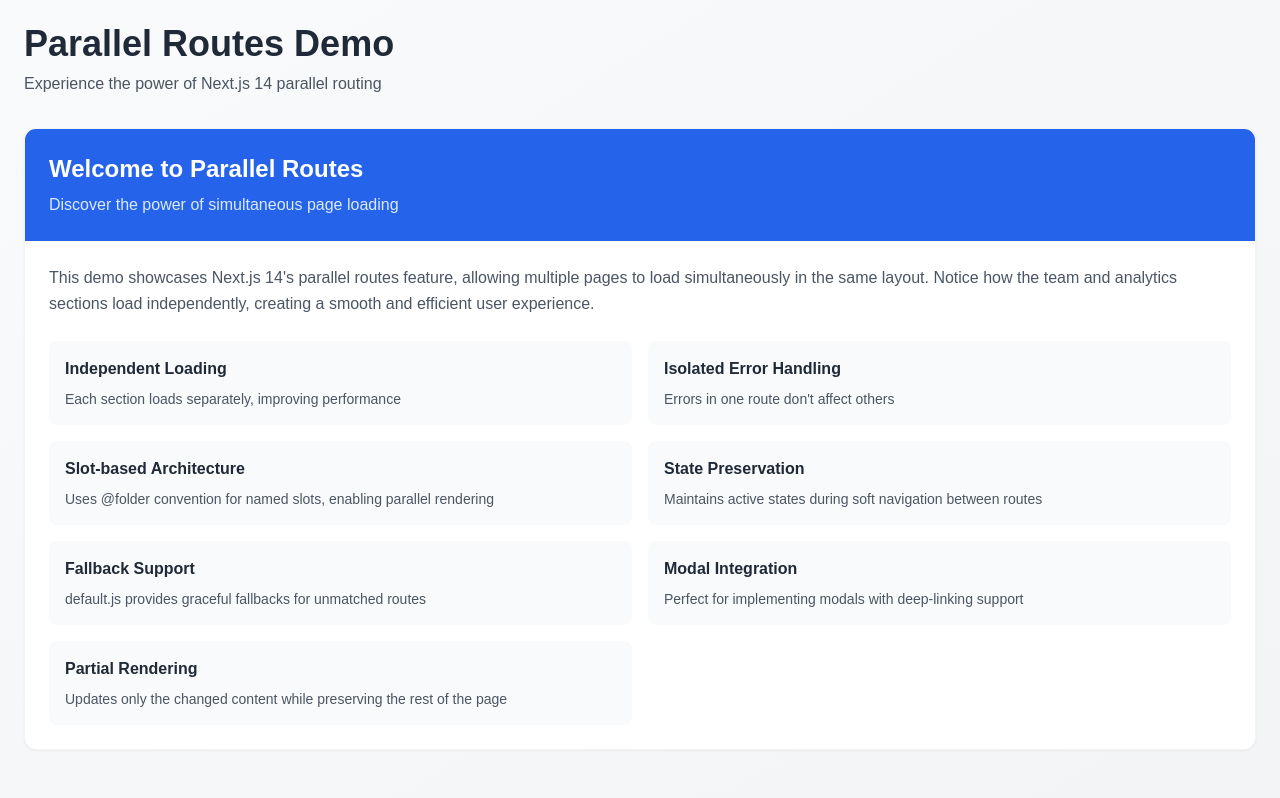
Repository: Dark-Developer93/parallel-routes
Page: /
The author's editor kept a copy of each file at every save. The page is drawn from the files as they stood at one save, then again after the next save.
The browser window is 1280 px wide. The pictures show the whole page.
The project was rebuilt for these pictures with package versions that can differ from the ones it lists, and the page was loaded fresh each time. The framework's server and built-in components were replaced by stand-ins that run in the browser. Also part of the build but not shown: next.config.ts.

Above is the page before, as saved 2024-12-12 14:55:34.

After the next save:
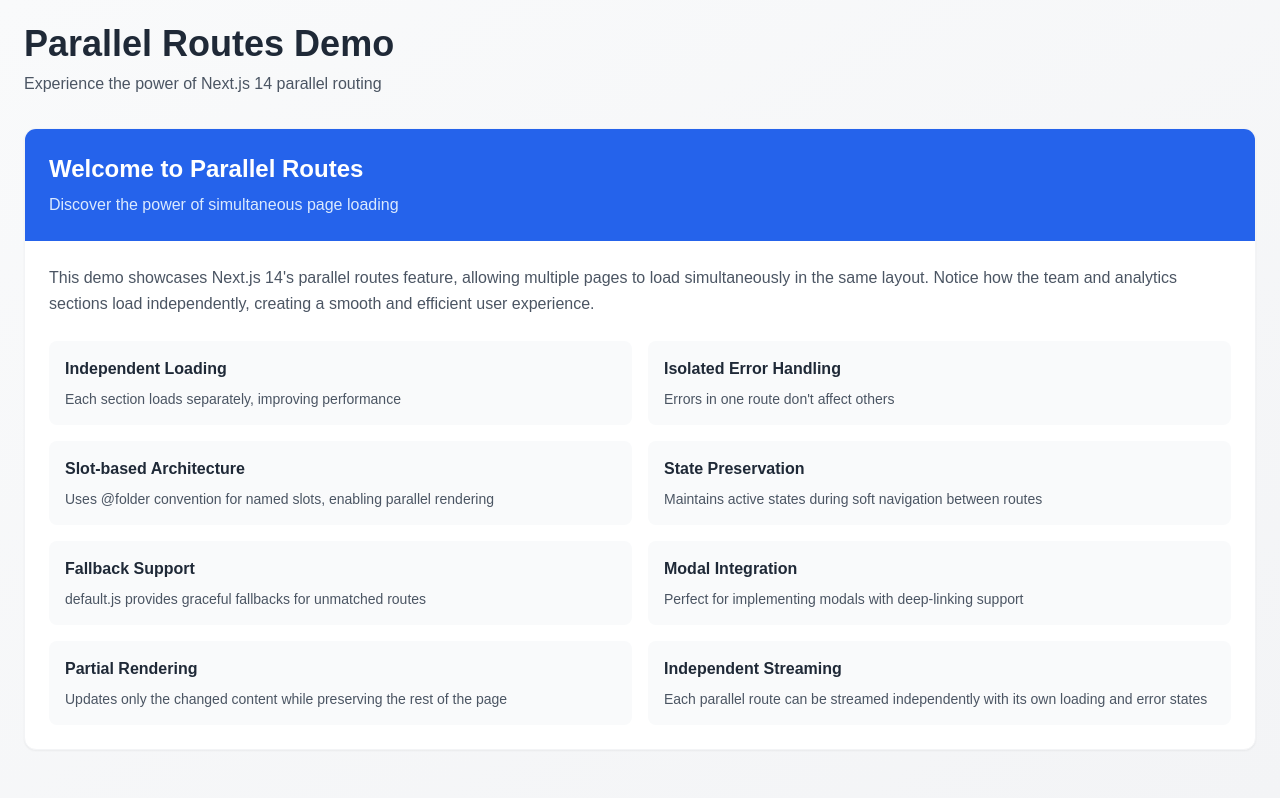
Saved 4 min 8 s later.
--- a/src/app/page.tsx
+++ b/src/app/page.tsx
@@ -77,6 +77,15 @@
                 the page
               </p>
             </div>
+            <div className="bg-gray-50 p-4 rounded-lg">
+              <h3 className="font-semibold text-gray-800 mb-2">
+                Independent Streaming
+              </h3>
+              <p className="text-sm text-gray-600">
+                Each parallel route can be streamed independently with its own
+                loading and error states
+              </p>
+            </div>
           </div>
         </div>
       </div>
